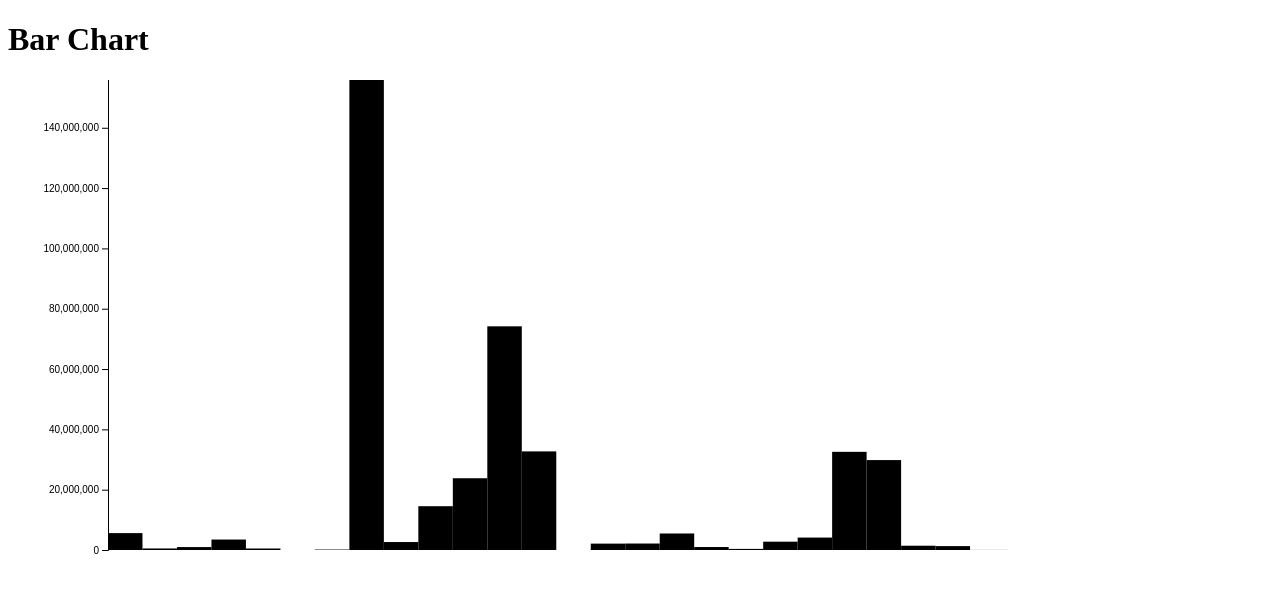
Repository: komalharjani/d3js-visualisation
Page: index.html
These files come from the project's save history. The page is drawn as it stood at one moment and after the next save; the edit follows.
The browser window is 1280 px wide. The pictures show the whole page.

Above is the page before, as saved 2020-05-01 16:46:41.

### index.html
<!DOCTYPE html>
<html lang="en">
<head>
    <meta charset="UTF-8">
    <meta name="viewport" content="width=device-width, initial-scale=1.0">
    <title>Information Visualisation Practical 3</title>
</head>
<body>
    <div id="barChart"></div>
    <h1>Bar Chart</h1>

</body>
<script src="https://d3js.org/d3.v5.min.js"></script>
<script src="index.js"></script>
</html>

### index.js
//1. What the bar chart should represent -- Data
//2. Add CSS - colours
//3. Add Filters
//4. Add Transitions

//1. Average Data
//2. Draw Bar Chart

//Load Data
let dataPath = "data/energy.csv";
d3.csv(dataPath)
        .then(function (data) {

                //Nest Data into Format
                var nestedData = d3.nest()
                        .key(function (d) {
                                return d.year;
                        })
                        .key(function (d) {
                                if (d.region != "combined" && d.type == "Total Electric Power Industry") {
                                        return d.region;
                                }
                        })
                        .key(function (d) {
                                if (d.energySrc == "Coal" || d.energySrc == "Petroleum" || d.energySrc == "Natural Gas" || d.energySrc == "Solar Thermal and Photovoltaic") {
                                        return d.energySrc;
                                }
                        })
                        .rollup(function (v) {
                                return {
                                        avg: d3.mean(v, function (d) {
                                                return parseInt(d.amount);
                                        })
                                };
                        })
                        .entries(data);
                console.log(nestedData);

                let filteredData = [];
                let getNestedData = nestedData.forEach(function(d){ //d = year
                        if(d.key == 1990) {
                        (d.values).forEach(function(e){ //e = region
                                (e.values).forEach(function(f){ //f = energySrc
                                        if(e.key !== "undefined" && f.key !== "undefined") {
                                        filteredData.push({
                                                region: e.key,
                                                // values: {
                                                        energy: f.key,
                                                        avg: f.value.avg,
                                        })
                                }
                                })
                        })
                }
                });
                console.log(filteredData);


                let finalFinalData = [];

                //https://stackoverflow.com/questions/14446511/most-efficient-method-to-groupby-on-an-array-of-objects
                const groupBy = (array, key) => {
                        // Return the end result
                        return array.reduce((result, currentValue) => {
                          // If an array already present for key, push it to the array. Else create an array and push the object
                          (result[currentValue[key]] = result[currentValue[key]] || []).push(
                            currentValue
                          );
                          // Return the current iteration `result` value, this will be taken as next iteration `result` value and accumulate
                          return result;
                        }, {}); // empty object is the initial value for result object
                      };

                      // Group by color as key to the person array
                const finalData = groupBy(filteredData, 'region');
                console.log("finalData", finalData);

                finalFinalData.push(finalData);
                console.log(finalFinalData);

                //1. Group
                //2. Try out barchart



        //         for(let i=0; i < filteredData.length; i++) {
        //                 console.log(filteredData[i]);
        //                 if(filteredData[i].region == "west") {
        //                         finalData[0].push({
        //                                 region: "west",
        //                                 values: filteredData[i].values
        //                         })
        //         }
        // }
        // console.log(finalData);


                //OR nest by year after this
                //Scale Bands for bar chart --> categorical (x), amount (y)
                //First scale for region and second for energy - create nested scale
                //Loop through each nest
                //

let randomData = [];

// //Filter Data into new object
for (let i = 0; i < data.length; i++) {
        if (data[i].year == 1990 && data[i].region == "west" && data[i].type == "Total Electric Power Industry") {
                randomData.push({
                        region: data[i].region,
                        amount: parseInt(data[i].amount),
                        type: data[i].energySrc,
                })
        }
}

let width = 1000;
let height = 500;
let margin = 3;
let barwidth = (width / nestedData.length);

//Append to HTML Document
let svg = d3.select("body")
        .append("svg")
        .attr("height", height)
        .attr("width", width);

/**
 * Scales and Axis
 */


let yscale = d3.scaleLinear()
        .domain([0, d3.max(randomData, d => d.amount)])
        .range([0, height]);

let yAxisScale = d3.scaleLinear()
        .domain([0, d3.max(randomData, d => d.amount)])
        .range([height, 0]);

// Y Axis - Number
let y_axis = d3.axisLeft().scale(yAxisScale);
svg.append("g")
        .attr("transform", "translate(100,-30)")
        .call(y_axis);

//X Axis - Ordinal
// let x_axis = d3.axisBottom().scale(xscale);
// var ordinalScale = d3.scale.ordinal()
//         .domain(['Alice', 'Bob'])
//         .range([0, 100]);


//Barchart
//NEED TICKS
svg.selectAll("body") //add rectangles to all data
        .data(randomData) //provide finals as dataset
        .enter()
        .append("rect")
        .attr("y", function (d) {
                return height - yscale(d.amount);
        })
        .attr("height", function (d) {
                return yscale(d.amount);
        })
        .attr("width", barwidth)
        .attr("transform", function (d, i) {
                let translate = [100 + barwidth * i, -30];
                return "translate(" + translate + ")";
        })
        .attr("fill", 'black');;

svg.selectAll("body") //add rectangles to all data
        .data(nestedData) //provide finals as dataset
        .enter()
        .append("rect")
        .attr("class", "bar")
        .attr("x", function (d) {
                return d.key;
        })
        .attr("y", function (d) {
                return d.values.map(function (d) {
                        return d.values[0].amount;
                }).values[0];
        })
        .attr("height", function (d) {
                return d.values.map(function (d) {
                        return yscale(d.values[0].amount);
                }).values[0];
        })
        .attr("width", barwidth)
        .attr("transform", function (d, i) {
                let translate = [100 + barwidth * i, -30];
                return "translate(" + translate + ")";
        })
        .attr("fill", 'black');;

                // Barchart Text
                // let text = svg.selectAll("text")
                //         .data(finals)
                //         .enter()
                //         .append("text")
                //         .text(function (d) {
                //                 return d.amount;
                //         })
                //         .attr("y", function (d, i) {
                //                 return height - xscale(d.amount) - 2;
                //         })
                //         .attr("x", function (d, i) {
                //                 return barwidth * i;
                //         })


        });

After the next save:
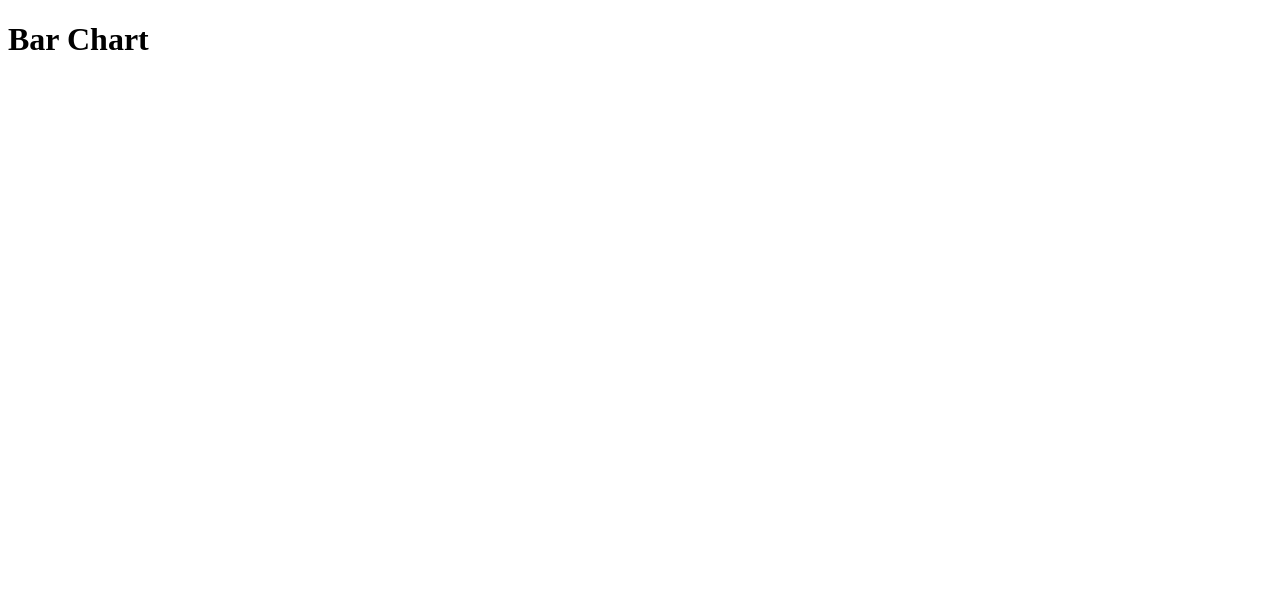
Console error: TypeError: Cannot read properties of undefined (reading 'push')
Saved 10 s later.
--- a/index.js
+++ b/index.js
@@ -75,7 +75,7 @@
                 const finalData = groupBy(filteredData, 'region');
                 console.log("finalData", finalData);
 
-                finalFinalData.push(finalData);
+                finalFinalData[0].push(finalData);
                 console.log(finalFinalData);
 
                 //1. Group

After the 3 saves that followed:
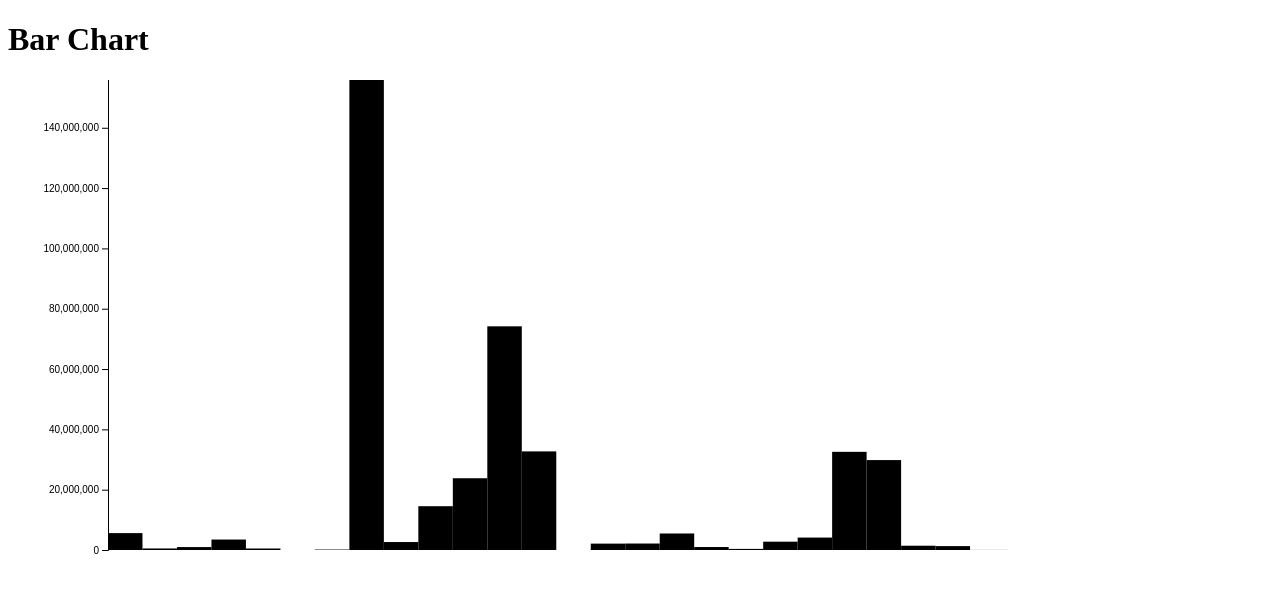
The error is gone.
The 3 saves are shown as one change because 1 left the picture as it was and some came seconds apart.
The last was saved 53 s later.
--- a/index.js
+++ b/index.js
@@ -72,11 +72,8 @@
                       };
 
                       // Group by color as key to the person array
-                const finalData = groupBy(filteredData, 'region');
+                const finalData = [groupBy(filteredData, 'region')];
                 console.log("finalData", finalData);
-
-                finalFinalData[0].push(finalData);
-                console.log(finalFinalData);
 
                 //1. Group
                 //2. Try out barchart
